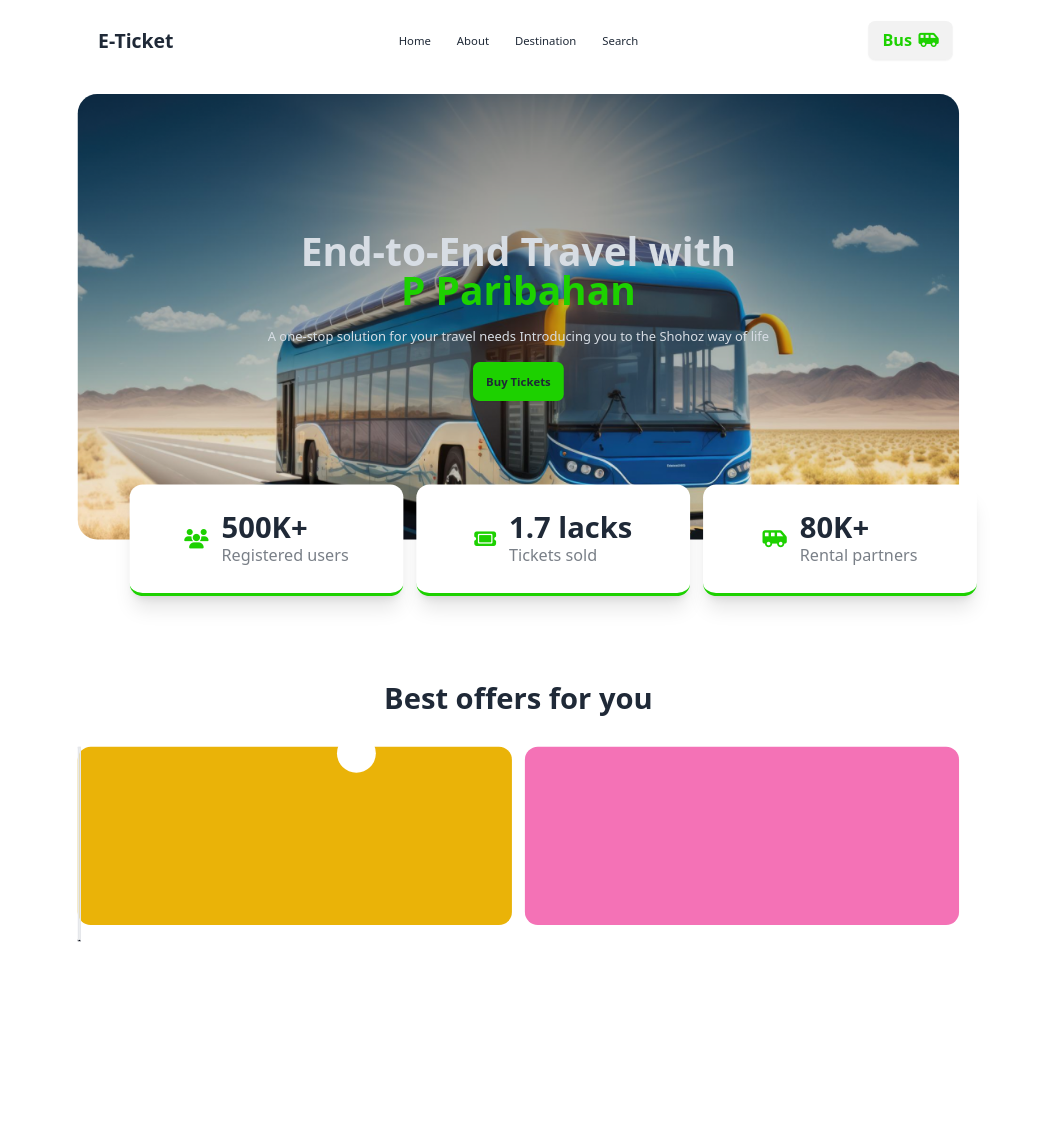
Repository: RudrasahaDibos/Smart-ticketing
Page: index.html
These files come from the project's save history. The page is drawn as it stood at one moment and after the next save; the edit follows.
The browser window is 1280 px wide. The pictures show the whole page, at 81% of full size.
Some web fonts or font styles are not loaded; a fallback is used. Some web libraries are served in a nearby version.

Above is the page before, as saved 2024-11-10 01:26:57.

### index.html
<!DOCTYPE html>
<html lang="en">
<head>
    <meta charset="UTF-8">
    <meta name="viewport" content="width=device-width, initial-scale=1.0">
    <title>Smart-ticketing</title>
    <!-- tailwind link -->
<link href="https://cdn.jsdelivr.net/npm/daisyui@4.12.14/dist/full.min.css" rel="stylesheet" type="text/css" />
<script src="https://cdn.tailwindcss.com"></script>
<!-- font awesome link -->
<link rel="stylesheet" href="https://cdnjs.cloudflare.com/ajax/libs/font-awesome/6.6.0/css/all.min.css" integrity="sha512-Kc323vGBEqzTmouAECnVceyQqyqdsSiqLQISBL29aUW4U/M7pSPA/gEUZQqv1cwx4OnYxTxve5UMg5GT6L4JJg==" crossorigin="anonymous" referrerpolicy="no-referrer" />

<!-- google fonts  -->
<link rel="preconnect" href="https://fonts.googleapis.com">
<link rel="preconnect" href="https://fonts.gstatic.com" crossorigin>
<link href="https://fonts.googleapis.com/css2?family=Anton+SC&family=Manrope:wght@200..800&family=Raleway:ital,wght@0,100..900;1,100..900&display=swap" rel="stylesheet">

<style>
.raleway{
  font-family: "Raleway", sans-serif;
}
</style>



</head>
<body>
    <!-- header ends here -->
    <header  class="container mx-auto lg:pl-24 lg:pr-24 lg:pt-4 w-[1400px]">
               <div>
                <!-- navbar starts here -->
                <div class="navbar bg-base-100">
                    <div class="navbar-start">
                      <div class="dropdown">
                        <div tabindex="0" role="button" class="btn btn-ghost lg:hidden">
                          <svg
                            xmlns="http://www.w3.org/2000/svg"
                            class="h-5 w-5"
                            fill="none"
                            viewBox="0 0 24 24"
                            stroke="currentColor">
                            <path
                              stroke-linecap="round"
                              stroke-linejoin="round"
                              stroke-width="2"
                              d="M4 6h16M4 12h8m-8 6h16" />
                          </svg>
                        </div>
                        <ul
                          tabindex="0"
                          class="menu menu-sm dropdown-content bg-base-100 rounded-box z-[1] mt-3 w-52 p-2 shadow">
                          <li><a>Home</a></li>
                          <li><a>About</a></li>
                          <li><a>Destination</a></li>
                          <li><a>Search</a></li>
                        </ul>
                      </div>
                      <a class="btn btn-ghost text-2xl font-extrabold">E-Ticket</a>
                    </div>
                    <div class="navbar-center hidden lg:flex">
                      <ul class="menu menu-horizontal px-1">
                        <li><a>Home</a></li>
                        <li><a>About</a></li>
                        <li><a>Destination</a></li>
                        <li><a>Search</a></li>
                      </ul>
                    </div>
                    <div class="navbar-end">
                      <a class="btn text-[#1DD100]  border-1  text-xl">Bus <i class="fa-solid fa-van-shuttle"></i></a>
                    </div>
                  </div>
               </div>

              <!-- banner start here -->

              <div
              class="hero h-[550px] mt-8 bg-[url('/images/banner.png')] rounded-3xl relative">

              <div class="hero-content text-neutral-content text-center">
                <div class="">
                  <h1 class="mb-5 text-5xl font-extrabold">End-to-End Travel with <br> <span class="text-5xl text-[#1DD100]  font-extrabold">P Paribahan</span></h1>
                  <p class="mb-5">
                    A one-stop solution for your travel needs

                    Introducing you to the Shohoz way of life
                  </p>
                  <button class="btn bg-[#1DD100] border-none">Buy Tickets</button>
                </div>
              </div>
            </div>



                 <!-- banner end here -->

                <!-- 3 card start here  -->

                        <div class=" flex justify-between items-center gap-4 pl-16 pr-16 absolute -bottom-4   ">
                            <div class="stat flex bg-white justify-center items-center shadow-xl  border-b-4 border-b-[#1DD100]  rounded-2xl w-[338px] h-[138px]">
                                <div class="text-[#1DD100] text-2xl font-extrabold ">
                                    <i class="fa-solid fa-users"></i>
                                  </div>

                             <div>
                                <div class="stat-value">500K+</div>
                                <div class="stat-desc text-xl ">Registered users</div>
                             </div>


                            </div>

                            <div class="stat flex bg-white justify-center items-center  border-b-4 border-b-[#1DD100] shadow-xl  rounded-2xl w-[338px] h-[138px]">
                                <div class="text-[#1DD100] text-2xl font-extrabold ">
                                    <i class="fa-solid fa-ticket  "></i>

                                  </div>

                             <div>
                                <div class="stat-value">1.7 lacks</div>
                                <div class="stat-desc text-xl ">Tickets sold</div>
                             </div>


                            </div>

                            <div class="stat flex bg-white justify-center items-center  border-b-4 border-b-[#1DD100] shadow-xl  rounded-2xl w-[338px] h-[138px]">
                                <div class="text-[#1DD100] text-2xl font-extrabold ">
                                    <i class="fa-solid fa-van-shuttle"></i>

                                  </div>

                             <div>
                                <div class="stat-value">80K+</div>
                                <div class="stat-desc text-xl ">Rental partners</div>
                             </div>


                            </div>
                          </div>




                  <!-- 3 card ends here -->

               <!-- navbar Ends here -->
    </header>
    <!-- header ends here -->


     <!-- main start here -->
    <main class="container mx-auto lg:pl-24 lg:pr-24 lg:pt-4 w-[1400px]" >
                  <!-- Best offers for you start here -->
                     <section class="mt-40">
                               <h1 class="text-4xl font-semibold text-center">Best offers for you</h1>

                                <div class="flex gap-4 mt-10">
                                    <div class="bg-yellow-500  w-[573px] h-[220px]  rounded-2xl">
                                               <p class="bg-white w-[48px] h-[48px] absolute mx-auto rounded-full ml-80 -mt-4  "></p>


                                                <p class="border-2 relative w-0 h-60  border-b-gray-950"></p>

                                               <p class="bg-white w-[48px] h-[48px] absolute mx-auto rounded-full ml-80 mt-48  "></p>
                                    </div>
                                    <div class="bg-pink-400   w-[573px] h-[220px] rounded-2xl">

                                    </div>
                                </div>
                     </section>

                  <!-- Best offers for you ends here -->
    </main>
    <!-- main ends here -->



    <!-- js add -->
     <script src="index.js"></script>
</body>
</html>

Loaded but not shown: index.js (common file)

After the next save:
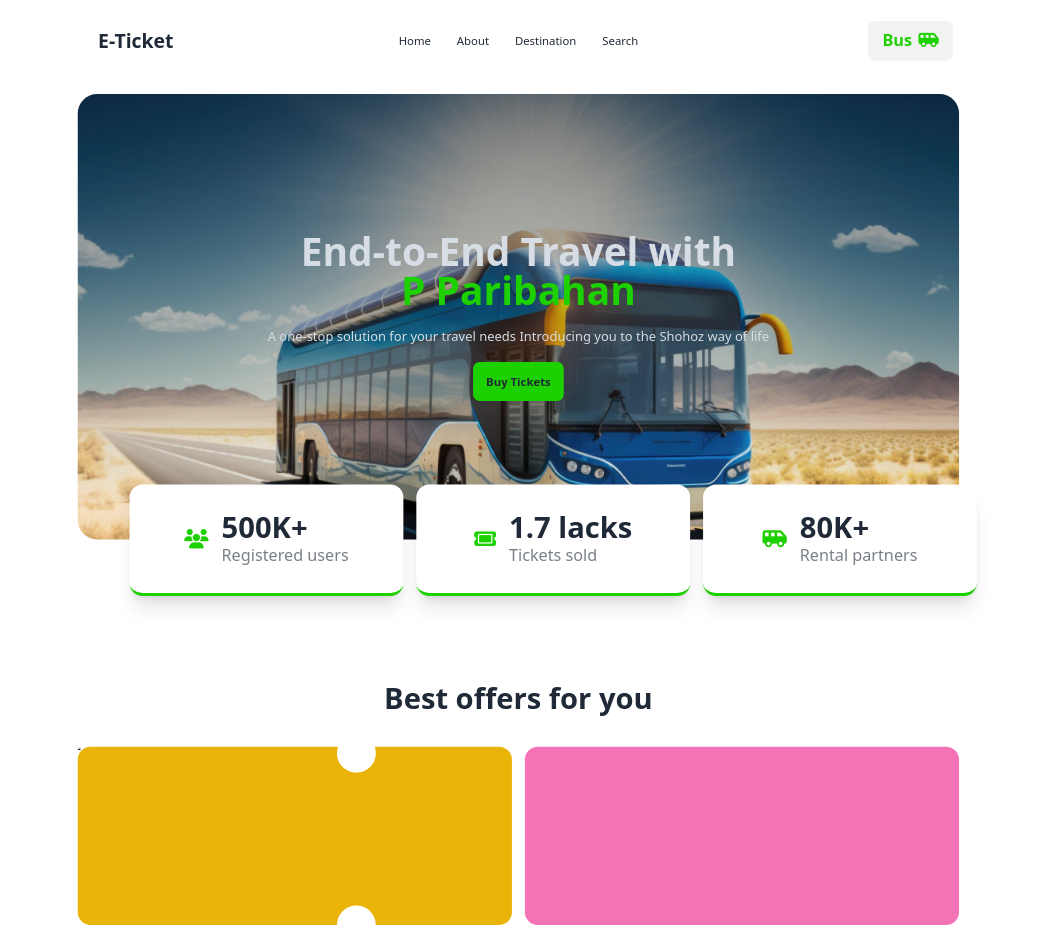
Saved 4 s later.
--- a/index.html
+++ b/index.html
@@ -159,7 +159,7 @@
                                                <p class="bg-white w-[48px] h-[48px] absolute mx-auto rounded-full ml-80 -mt-4  "></p>
 
 
-                                                <p class="border-2 relative w-0 h-60  border-b-gray-950"></p>
+                                                <p class="border-2 relative w-0 h-  border-b-gray-950"></p>
 
                                                <p class="bg-white w-[48px] h-[48px] absolute mx-auto rounded-full ml-80 mt-48  "></p>
                                     </div>
